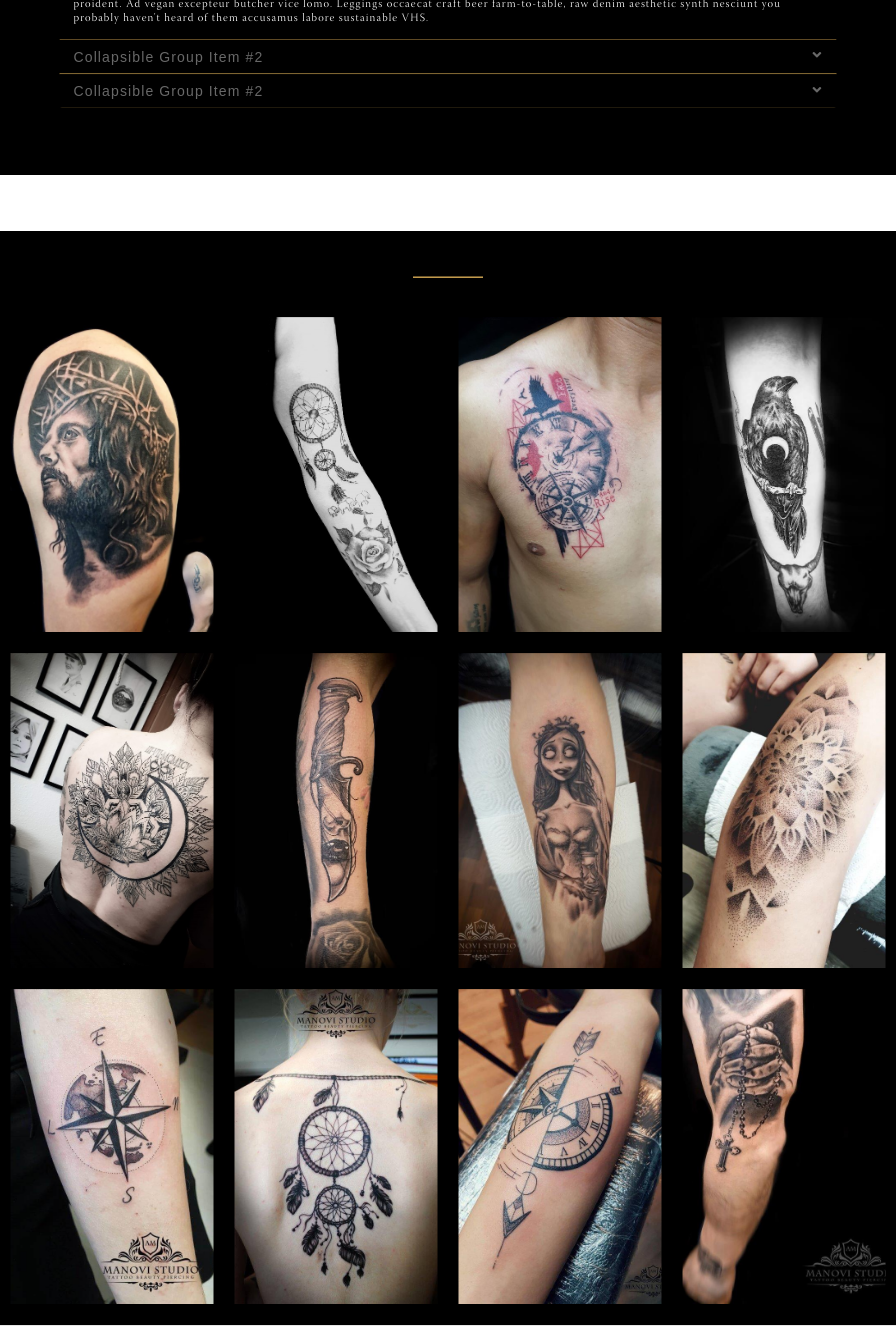
Repository: Spreceriany/TattooWeb
Page: tattoo.html
These files come from the project's save history. The page is drawn as it stood at one moment and after the next save; the edit follows.
The browser window is 1280 px wide. The pictures show the part of the page from y = 1110 to 3030 px (the page is 3291 px tall), at 70% of full size.
Backgrounds fixed to the window are drawn as part of the page. Some web fonts or font styles are not loaded; a fallback is used. Some web libraries are served in a nearby version.

Above is the page before, as saved 2020-04-23 16:39:50.
Console error: TypeError: Cannot read properties of null (reading 'addEventListener')

After the next save:
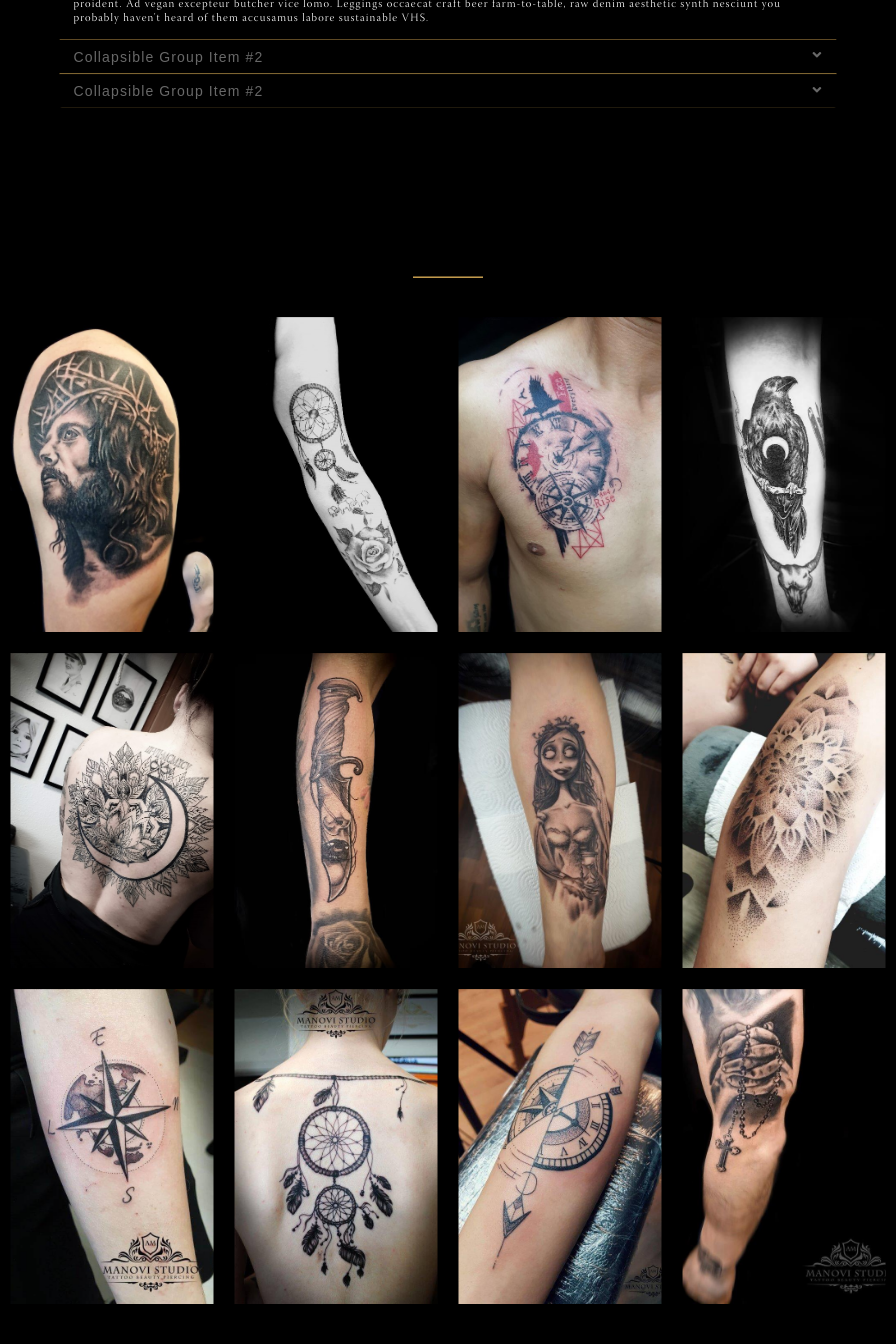
Saved 16 s later.
--- a/tattoo.html
+++ b/tattoo.html
@@ -208,14 +208,14 @@
 
 
 
-  <div class="site-wrap">
+  <div class="site-wrap bg-black">
 
 
 
 
 
     <div class="site-section">
-      <div class="container-fluid bg-black">
+      <div class="container-fluid ">
 
         <div class="row justify-content-center">
 
